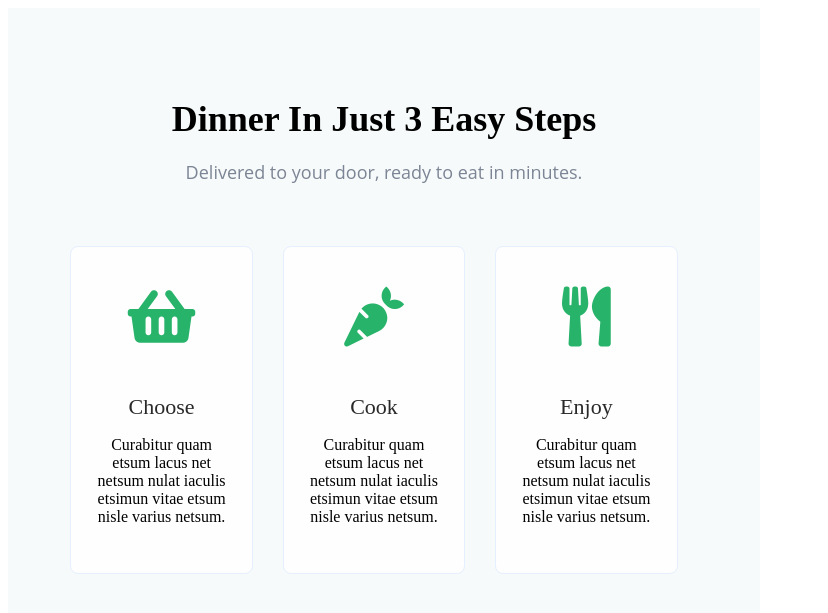
Repository: ST-United-Internship/leadpage
Page: card-UI.html
An editor plug-in stored every save of this project. The page is shown before and after the next save, followed by the edit.
The browser window is 768 px wide. The page is 768 px wide, then 828 px, then 768 px, so the pictures cover 828 px, including what lies to the right of the window. The pictures show the whole page.

Above is the page before, as saved 2023-03-15 15:20:00.

After the next save:
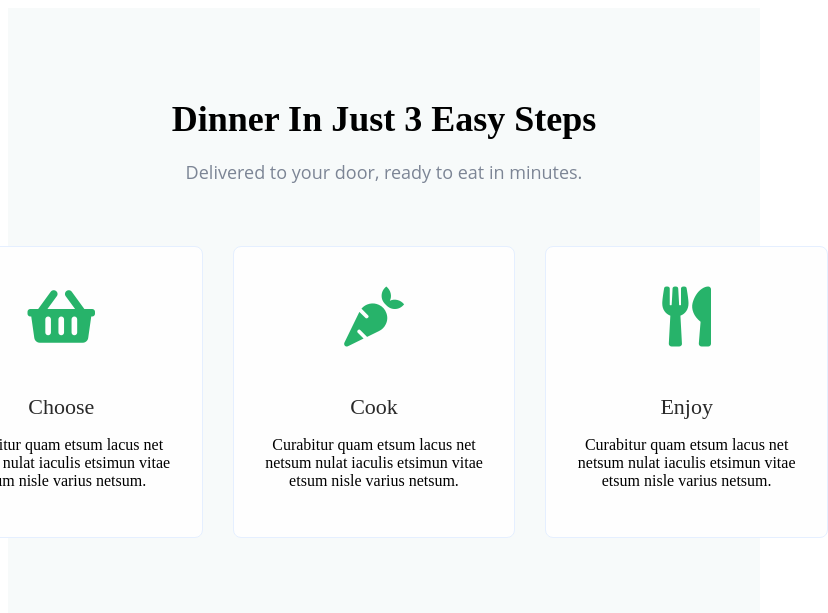
Saved 59 s later.
--- a/css/card-UI.css
+++ b/css/card-UI.css
@@ -83,6 +83,7 @@ section{
 
 @media only screen and (max-width:1000px) {
     .title-card{
-        display: block;
+        flex: 0 0 33.333333%;
+    max-width: 33.333333%;
     }
 }

After the save that followed:
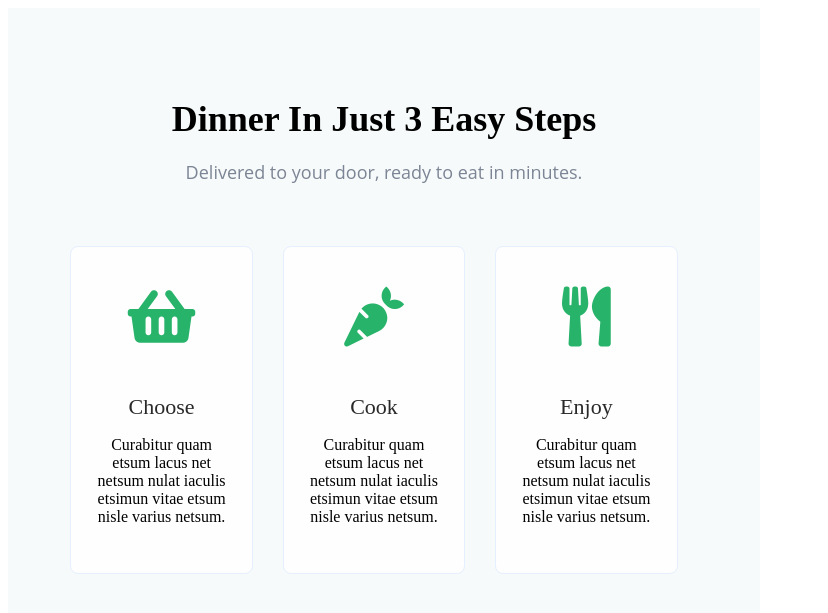
Saved 21 s later.
--- a/css/card-UI.css
+++ b/css/card-UI.css
@@ -83,7 +83,6 @@ section{
 
 @media only screen and (max-width:1000px) {
     .title-card{
-        flex: 0 0 33.333333%;
     max-width: 33.333333%;
     }
 }
